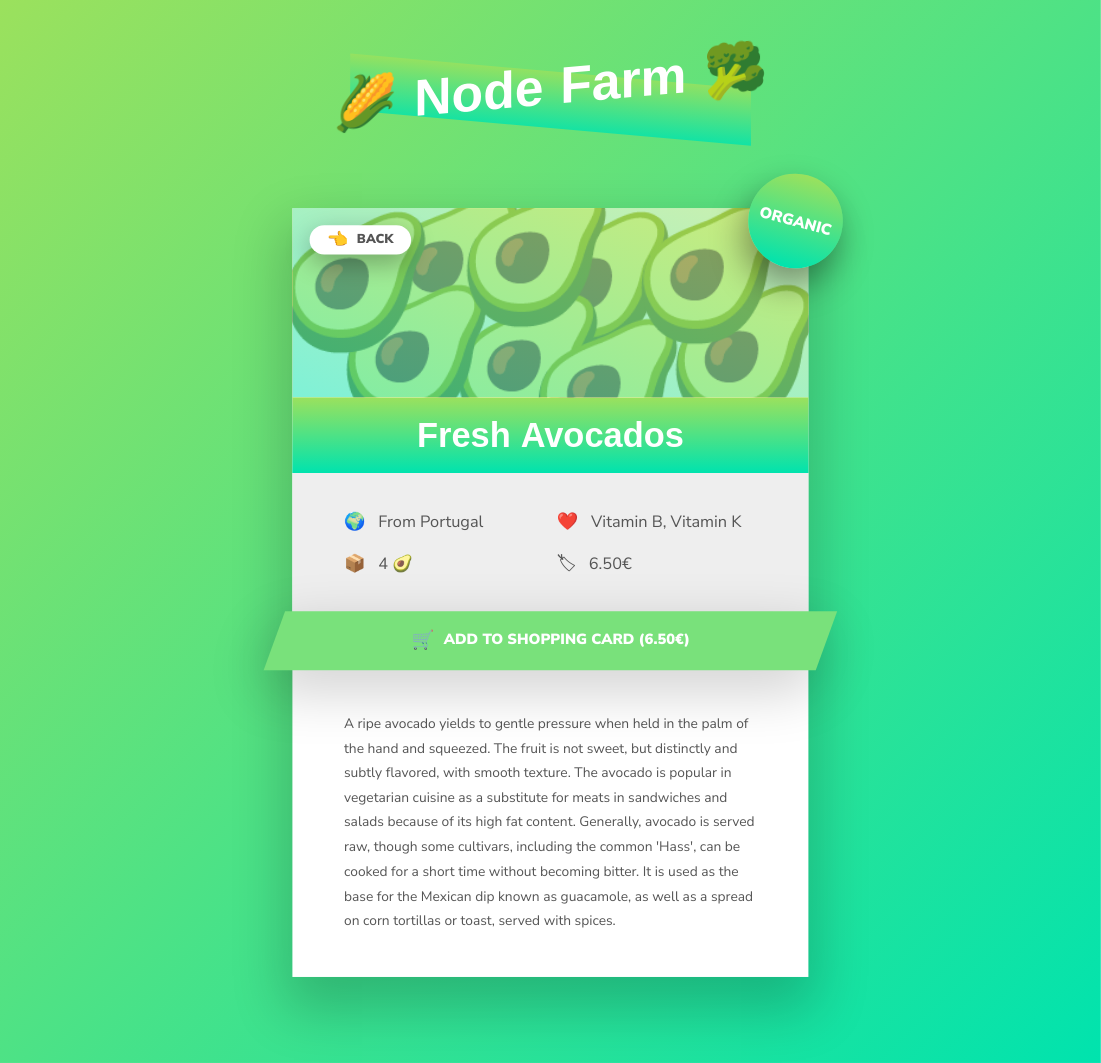
Repository: baolequang94/natour
Page: 1-node-farm/starter/templates/product.html
These files come from the project's save history. The page is drawn as it stood at one moment and after the next save; the edit follows.
The browser window is 1280 px wide. The pictures show the whole page, at 86% of full size.
Some web fonts or font styles are not loaded; a fallback is used.

Above is the page before, as saved 2022-05-24 23:49:24.

After the next save:
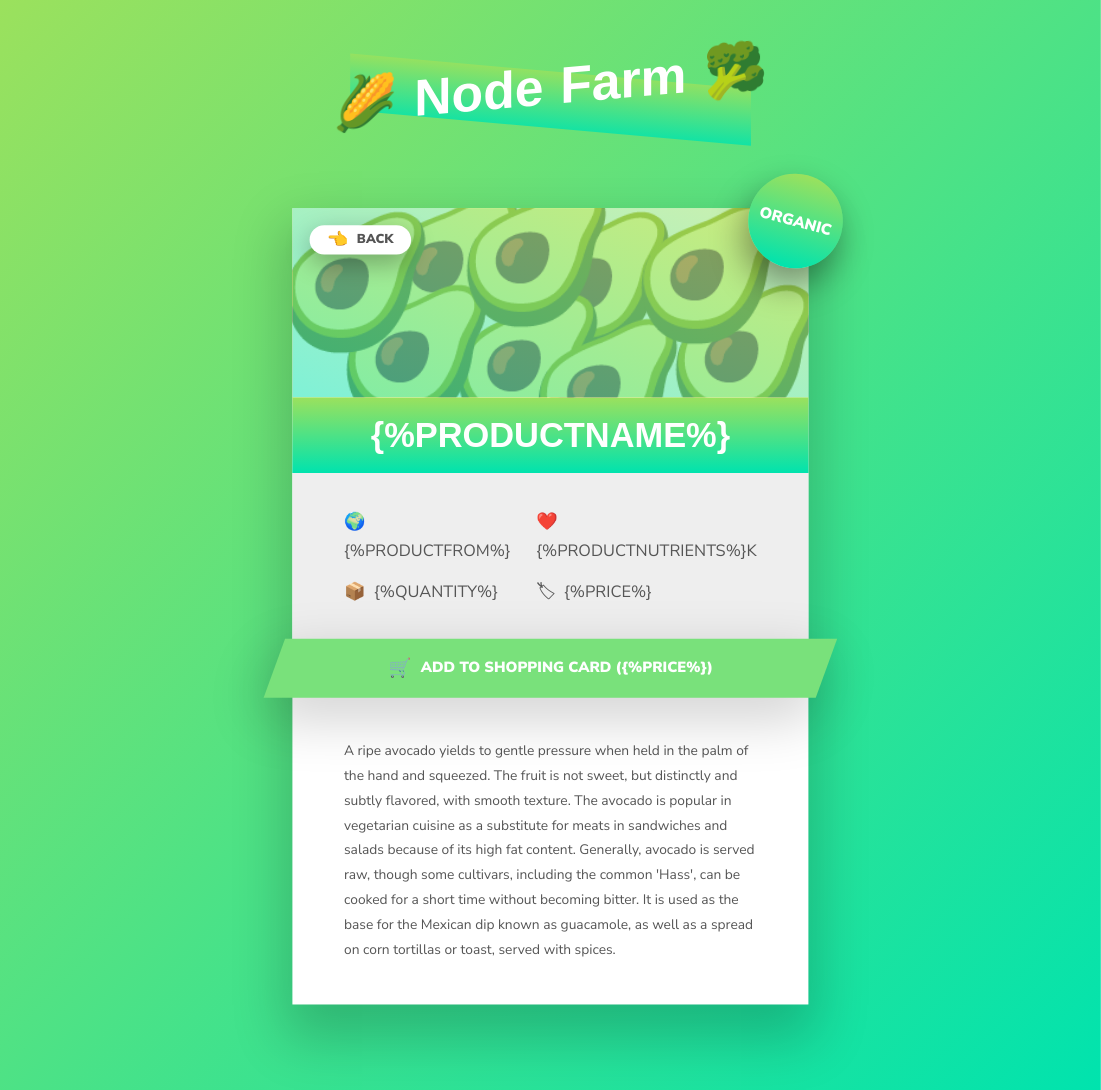
Saved 5 min 21 s later.
--- a/1-node-farm/starter/templates/product.html
+++ b/1-node-farm/starter/templates/product.html
@@ -285,17 +285,17 @@
           <span class="product__emoji product__emoji--8">🥑</span>
           <span class="product__emoji product__emoji--9">🥑</span>
         </div>
-        <h2 class="product__name">Fresh Avocados</h2>
+        <h2 class="product__name">{%PRODUCTNAME%}</h2>
         <div class="product__details">
-          <p><span class="emoji-left">🌍</span> From Portugal</p>
-          <p><span class="emoji-left">❤️</span> Vitamin B, Vitamin K</p>
-          <p><span class="emoji-left">📦</span> 4 🥑</p>
-          <p><span class="emoji-left">🏷</span> 6.50€</p>
+          <p><span class="emoji-left">🌍</span>{%PRODUCTFROM%}</p>
+          <p><span class="emoji-left">❤️</span>{%PRODUCTNUTRIENTS%}K</p>
+          <p><span class="emoji-left">📦</span>{%QUANTITY%}</p>
+          <p><span class="emoji-left">🏷</span>{%PRICE%}</p>
         </div>
 
         <a href="#" class="product__link">
           <span class="emoji-left">🛒</span>
-          <span>Add to shopping card (6.50€)</span>
+          <span>Add to shopping card ({%PRICE%})</span>
         </a>
 
         <p class="product__description">
@@ -310,7 +310,6 @@
           served with spices.
         </p>
       </figure>
-
     </div>
   </body>
 </html>
